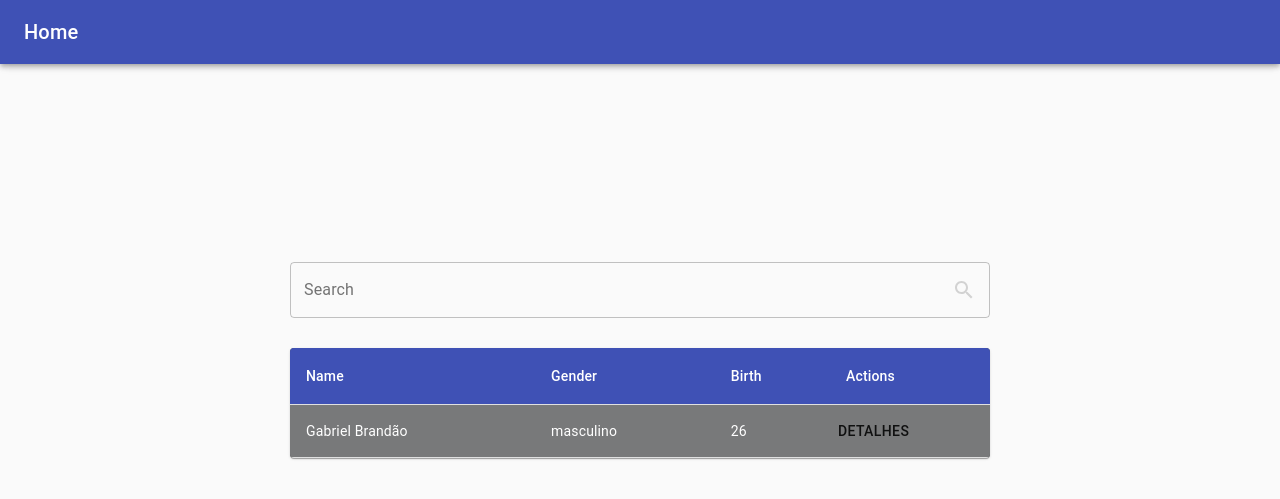
Repository: GabrielBrandaoProjetos/patient-manager
Page: /
These files come from the project's save history. The page is drawn as it stood at one moment and after the next save; the edit follows.
The browser window is 1280 px wide. The pictures show the whole page.
The project was rebuilt for these pictures with package versions that can differ from the ones it lists, and the page was loaded fresh each time.

Above is the page before, as saved 2021-09-14 14:22:14.

### public/index.html
<!DOCTYPE html>
<html lang="en">
  <head>
    <meta charset="utf-8" />
    <meta name="viewport" content="minimum-scale=1, width=device-width, initial-scale=1" />
    <meta name="theme-color" content="#000000" />

    <title>React App</title>
  </head>
  <body>
    <noscript>You need to enable JavaScript to run this app.</noscript>
    <div id="root"></div>
  </body>
</html>

### src/App.tsx
import React from 'react';
import { CssBaseline } from '@material-ui/core';
import { Home } from './pages/Home/Home';


function App() {
  return (
    <>
    <CssBaseline />
    <Home />
    </>
  );
}

export default App;

### src/pages/Home/Home.tsx
import React from 'react';
import { AppBar, Button, FormControl, InputAdornment, InputLabel, OutlinedInput, Paper, Table, TableBody, TableCell, TableContainer, TableHead, TableRow, Toolbar, Typography } from '@material-ui/core';
import {Search} from '@material-ui/icons'
import { createStyles, makeStyles, Theme } from '@material-ui/core/styles';

const useStyles = makeStyles((theme: Theme) =>
  createStyles({
    root: {
      width: '100vw',
      height: '100vh',
      display: 'flex',
      flexDirection: 'column',
      alignItems: 'center',
      justifyContent: 'center',
    },
    title: {
      flexGrow: 1,
    },
    form: {
      maxWidth: 700,
      width: "100%",
    },
    outlinedInput: {

    },
    search: {
      color: "#d2d2d2",
    },
    tableContainer: {
      maxWidth: 700,
      width: "100%",

      marginTop: 30,
      backgroundColor: "#4f5052",
    },
    table: {

    },
    row: {
      color: "white",
      background: "#3f51b5"
    },
    rowBody: {
      '&:nth-of-type(odd)': {
        backgroundColor: "#78797a",
      }
    },
    cell: {
      color: "white",
    },
    actions: {
      padding: 0
    },
  }),
);

export const Home = () => {
  const classes = useStyles();
  return(
    <div className={classes.root}>
      <AppBar>
        <Toolbar>
          <Typography variant="h6" className={classes.title}>
            Home
          </Typography>
        </Toolbar>
      </AppBar>

      <FormControl className={classes.form} variant="outlined">
        <InputLabel htmlFor="outlined-adornment-search">Search</InputLabel>
        <OutlinedInput
          classes={{root: classes.outlinedInput}}
          id="outlined-adornment-search"
          type="search"
          // value={values.password}
          // onChange={handleChange('password')}
          endAdornment={
            <InputAdornment position="end">
              <Search className={classes.search}/>
            </InputAdornment>
          }
          labelWidth={70}
        />
      </FormControl>

      <TableContainer component={Paper} className={classes.tableContainer}>
        <Table className={classes.table} aria-label="simple table">
          <TableHead>
            <TableRow className={classes.row}>
              <TableCell className={classes.cell}>Name</TableCell>
              <TableCell className={classes.cell}>Gender</TableCell>
              <TableCell className={classes.cell}>Birth</TableCell>
              <TableCell className={classes.cell}>Actions</TableCell>
            </TableRow>
          </TableHead>

          <TableBody>
            <TableRow className={classes.rowBody}>
              <TableCell component="th" className={classes.cell}>Gabriel Brandão</TableCell>
              <TableCell className={classes.cell}>masculino</TableCell>
              <TableCell className={classes.cell}>26</TableCell>
              <TableCell className={classes.actions}>
                <Button>Detalhes</Button>
              </TableCell>
            </TableRow>

          </TableBody>
        </Table>

      </TableContainer>
    </div>
  )
}

Loaded but not shown: src/index.tsx (common file); src/reportWebVitals.ts (common file)

After the next save:
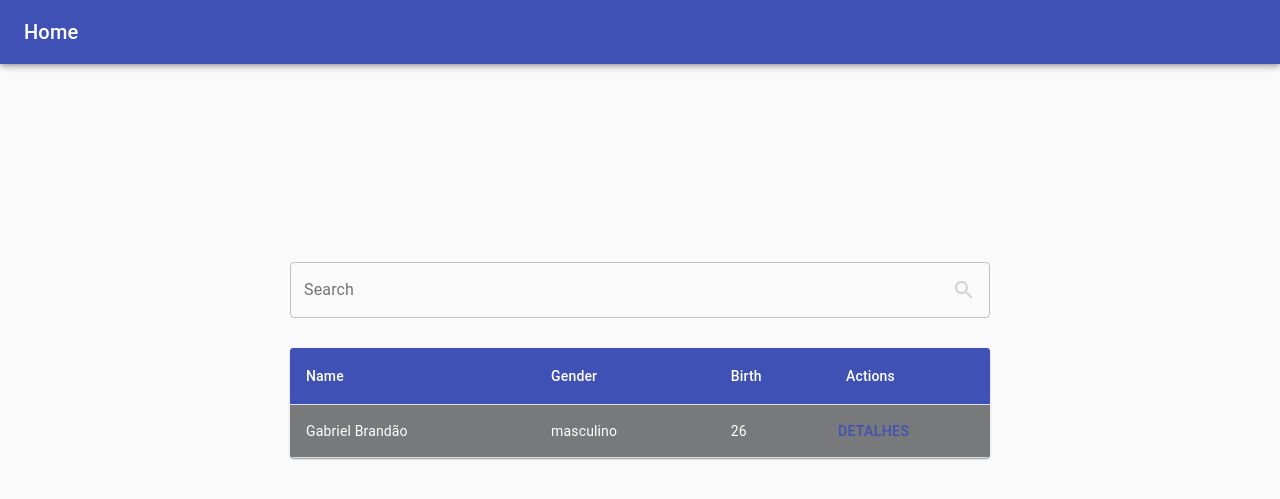
Saved 56 s later.
--- a/src/pages/Home/Home.tsx
+++ b/src/pages/Home/Home.tsx
@@ -100,7 +100,7 @@
               <TableCell className={classes.cell}>masculino</TableCell>
               <TableCell className={classes.cell}>26</TableCell>
               <TableCell className={classes.actions}>
-                <Button>Detalhes</Button>
+                <Button color="primary">Detalhes</Button>
               </TableCell>
             </TableRow>
 

After the save that followed:
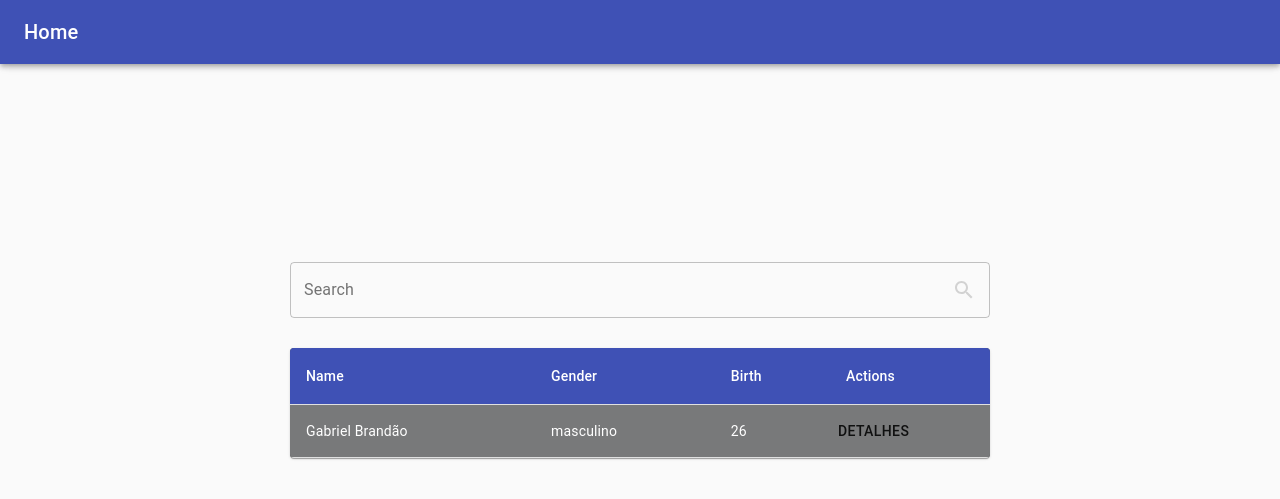
Saved 84 s later.
--- a/src/pages/Home/Home.tsx
+++ b/src/pages/Home/Home.tsx
@@ -100,7 +100,7 @@
               <TableCell className={classes.cell}>masculino</TableCell>
               <TableCell className={classes.cell}>26</TableCell>
               <TableCell className={classes.actions}>
-                <Button color="primary">Detalhes</Button>
+                <Button color="#3109e4">Detalhes</Button>
               </TableCell>
             </TableRow>
 
